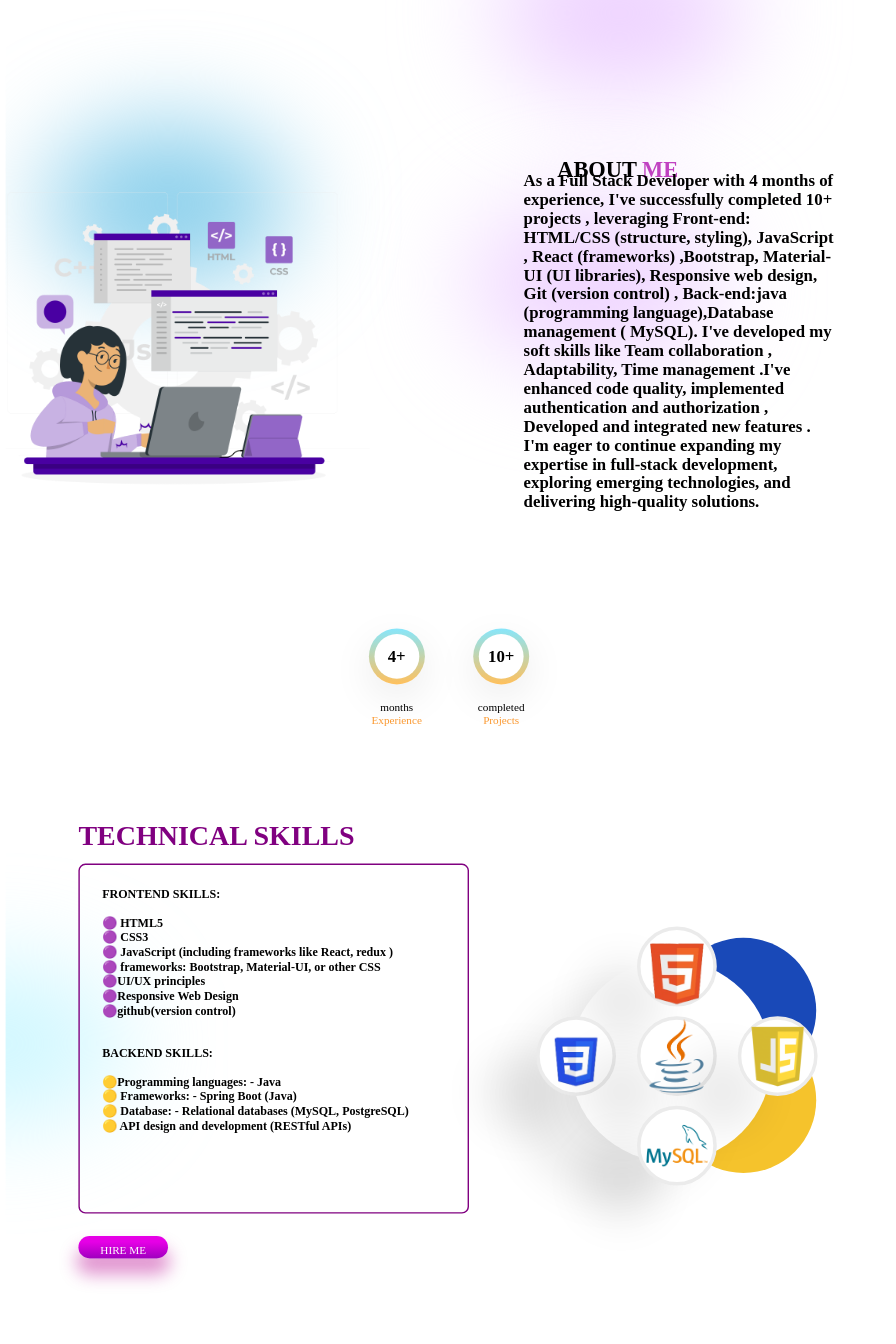
Repository: glorysandy/Protfolio
Page: /
An editor plug-in stored every save of this project. The page is shown before and after a run of saves, followed by the edit.
The browser window is 1280 px wide. The pictures show the part of the page from y = 814 to 2734 px (the page is 4881 px tall), at 70% of full size.
Some web fonts or font styles are not loaded; a fallback is used. The project was rebuilt for these pictures with package versions that can differ from the ones it lists, and the page was loaded fresh each time. Imported but missing from the stored project, and not drawn on this page: src/components/Services/SANDHIYA.P (RESUME).pdf.

Above is the page before, as saved 2024-10-16 23:26:26.

After the next 4 saves:
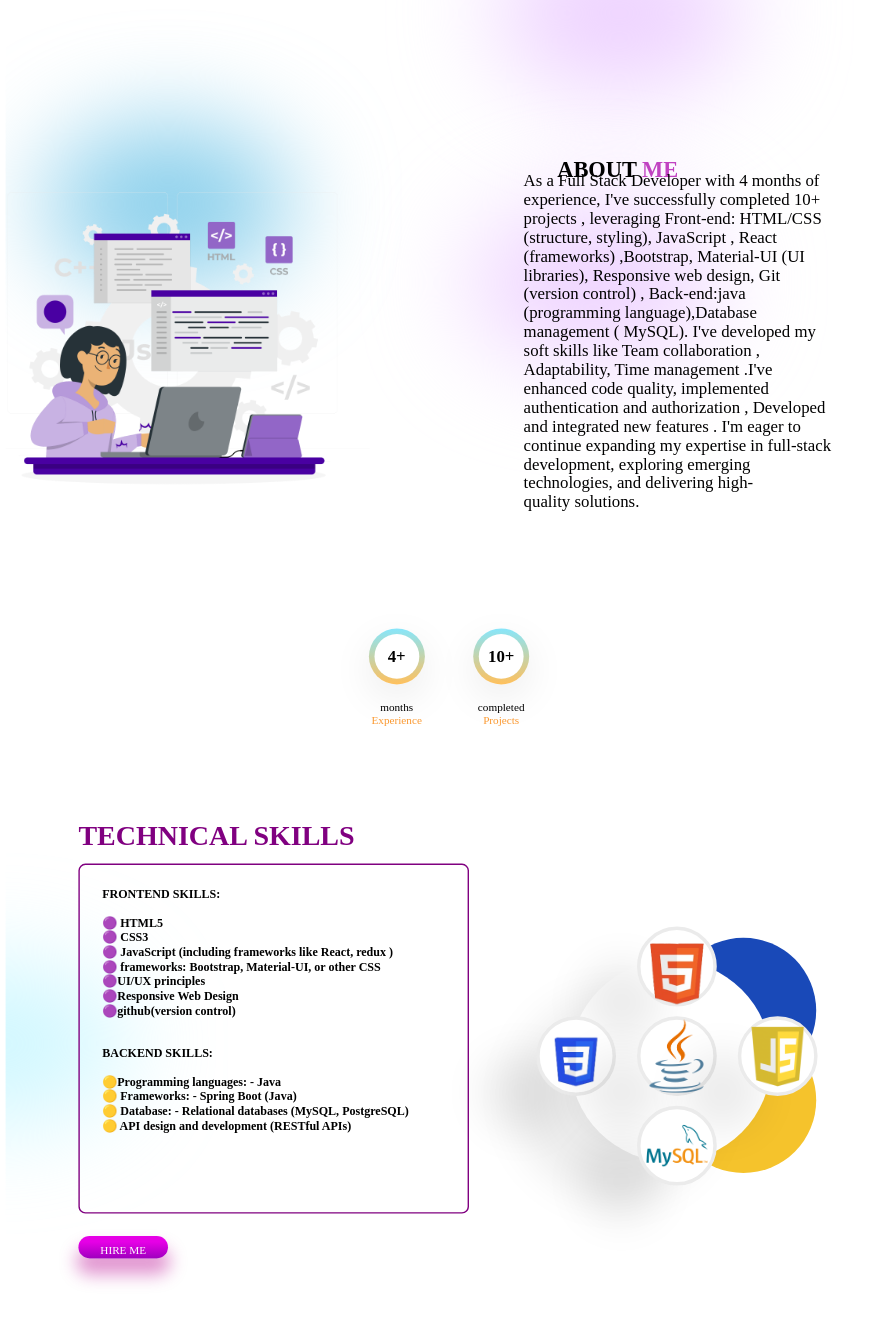
The 4 saves are shown as one change because they came seconds apart.
The last was saved 17 s later.
--- a/public/index.html
+++ b/public/index.html
@@ -16,7 +16,8 @@
       }
       *{
         font-family: 'Gumela';
-        font-weight: ;
+        font-weight:normal ;
+        font-size: ;
       }
     </style>
     <link rel="apple-touch-icon" href="%PUBLIC_URL%/logo192.png" />
